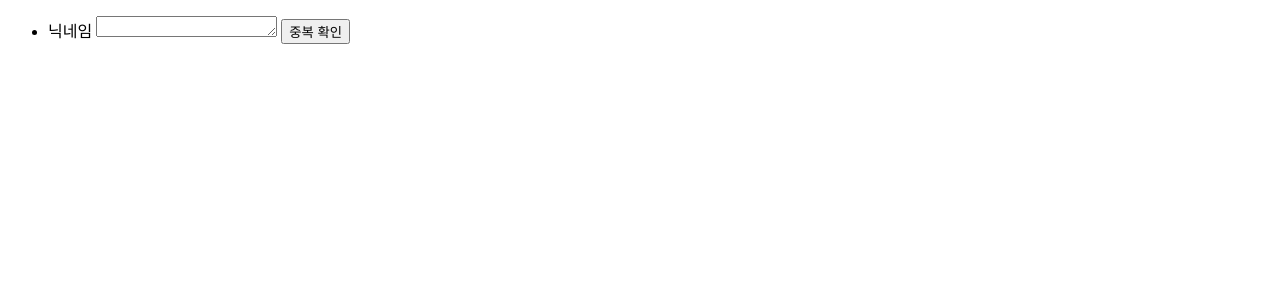
Repository: onpul/TEAM1
Page: http://localhost/Riding/mj/JoinForm.jsp
These files come from the project's save history. The page is drawn as it stood at one moment and after the next save; the edit follows.
The browser window is 1280 px wide. The pictures show the whole page.
The page is served by Tomcat 9. Other server files are loaded and not shown.

Above is the page before, as saved 2022-06-04 09:22:19.

### Riding/WebContent/mj/JoinForm.jsp
<%@ page contentType="text/html; charset=UTF-8"%>
<%
	request.setCharacterEncoding("UTF-8");
	String cp = request.getContextPath();
%>
<!DOCTYPE html>
<html>
<head>
<meta charset="UTF-8">
<title>JoinForm.jsp</title>
</head>
<body>

<div>
	<form action="">
		<ul>
			<li>닉네임 <textarea name="nickname" id="nickname" cols="20" rows="1"></textarea> <button type="button">중복 확인</button></li>
		</ul>
	</form>
</div>

</body>
</html>

After the next save:
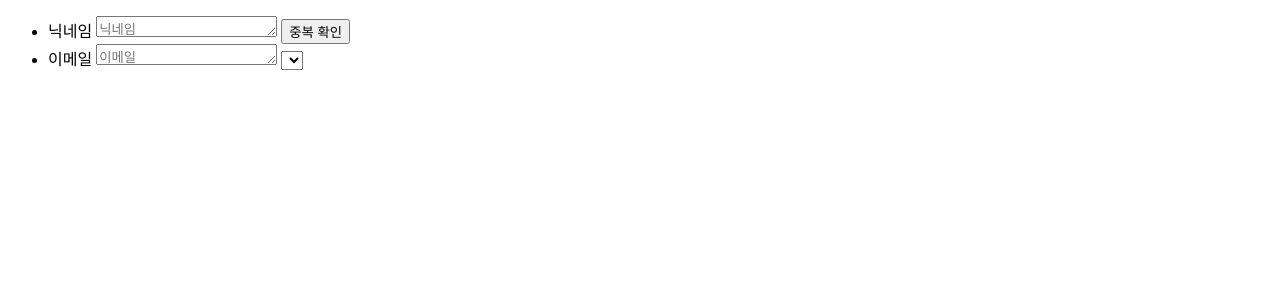
Saved 2 min 20 s later.
--- a/Riding/WebContent/mj/JoinForm.jsp
+++ b/Riding/WebContent/mj/JoinForm.jsp
@@ -14,7 +14,14 @@
 <div>
 	<form action="">
 		<ul>
-			<li>닉네임 <textarea name="nickname" id="nickname" cols="20" rows="1"></textarea> <button type="button">중복 확인</button></li>
+			<li>닉네임 <textarea name="nickname" id="nickname" cols="20" rows="1" placeholder="닉네임"></textarea> <button type="button">중복 확인</button></li>
+			<li>이메일 <textarea name="" id="" cols="20" rows="1" placeholder="이메일"></textarea>
+						<select name="" id="">
+							<option value="@naver.com"></option>
+							<option value="@google.com"></option>
+							<option value="@nate.com"></option>
+						</select>
+			</li>
 		</ul>
 	</form>
 </div>
